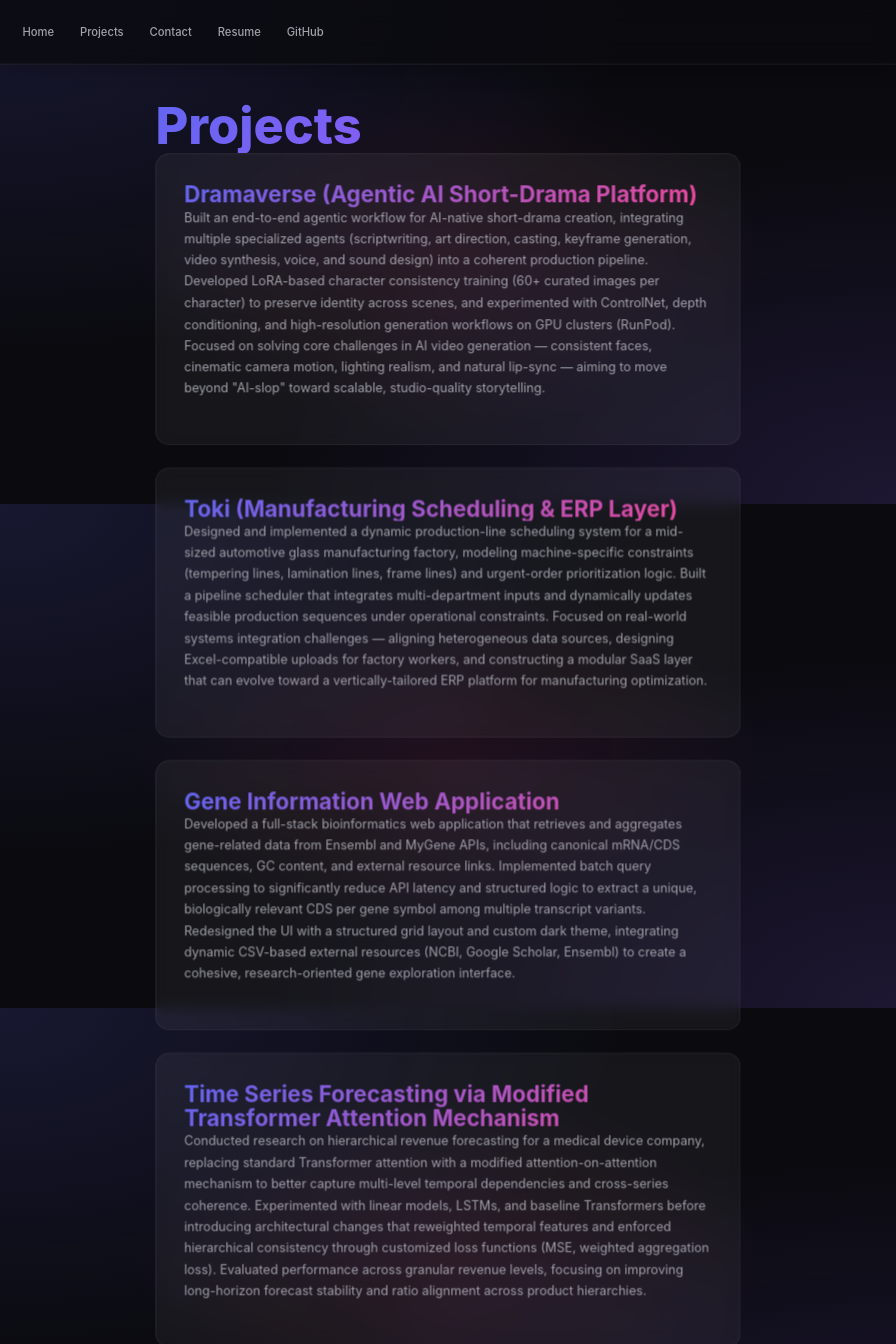
Repository: SummerZ27/personal-website
Page: projects/index.html
The author's editor kept a copy of each file at every save. The page is drawn from the files as they stood at one save, then again after the next save.
The browser window is 1280 px wide. The pictures show the part of the page from y = 0 to 1920 px (the page is 1989 px tall before and 2891 px after), at 70% of full size.
Backgrounds fixed to the window are drawn as part of the page.

Above is the page before, as saved 2026-02-13 13:34:01.

### projects/index.html
<!DOCTYPE html>
<html lang="en">
<head>
    <meta charset="UTF-8">
    <meta name="viewport" content="width=device-width, initial-scale=1.0">
    <title>Projects - Summer Zhou</title>
    <link rel="stylesheet" href="../style.css">
</head>
<body>
    <nav>
        <a href="../index.html">Home</a>
        <a href="index.html">Projects</a>
        <a href="../contact/index.html">Contact</a>
        <a href="../files/resume.pdf" target="_blank">Resume</a>
        <a href="https://github.com/SummerZ27" target="_blank">GitHub</a>
    </nav>

    <main>
        <h1>Projects</h1>

        <section>
        <h2>Dramaverse (Agentic AI Short-Drama Platform)</h2>
        <p>Built an end-to-end agentic workflow for AI-native short-drama creation, integrating multiple specialized agents (scriptwriting, art direction, casting, keyframe generation, video synthesis, voice, and sound design) into a coherent production pipeline. Developed LoRA-based character consistency training (60+ curated images per character) to preserve identity across scenes, and experimented with ControlNet, depth conditioning, and high-resolution generation workflows on GPU clusters (RunPod). Focused on solving core challenges in AI video generation — consistent faces, cinematic camera motion, lighting realism, and natural lip-sync — aiming to move beyond "AI-slop" toward scalable, studio-quality storytelling.</p>
    </section>

    <section>
        <h2>Toki (Manufacturing Scheduling & ERP Layer)</h2>
        <p>Designed and implemented a dynamic production-line scheduling system for a mid-sized automotive glass manufacturing factory, modeling machine-specific constraints (tempering lines, lamination lines, frame lines) and urgent-order prioritization logic. Built a pipeline scheduler that integrates multi-department inputs and dynamically updates feasible production sequences under operational constraints. Focused on real-world systems integration challenges — aligning heterogeneous data sources, designing Excel-compatible uploads for factory workers, and constructing a modular SaaS layer that can evolve toward a vertically-tailored ERP platform for manufacturing optimization.</p>
    </section>

    <section>
        <h2>Gene Information Web Application</h2>
        <p>Developed a full-stack bioinformatics web application that retrieves and aggregates gene-related data from Ensembl and MyGene APIs, including canonical mRNA/CDS sequences, GC content, and external resource links. Implemented batch query processing to significantly reduce API latency and structured logic to extract a unique, biologically relevant CDS per gene symbol among multiple transcript variants. Redesigned the UI with a structured grid layout and custom dark theme, integrating dynamic CSV-based external resources (NCBI, Google Scholar, Ensembl) to create a cohesive, research-oriented gene exploration interface.</p>
    </section>

    <section>
        <h2>Time Series Forecasting via Modified Transformer Attention Mechanism</h2>
        <p>Conducted research on hierarchical revenue forecasting for a medical device company, replacing standard Transformer attention with a modified attention-on-attention mechanism to better capture multi-level temporal dependencies and cross-series coherence. Experimented with linear models, LSTMs, and baseline Transformers before introducing architectural changes that reweighted temporal features and enforced hierarchical consistency through customized loss functions (MSE, weighted aggregation loss). Evaluated performance across granular revenue levels, focusing on improving long-horizon forecast stability and ratio alignment across product hierarchies.</p>
    </section>
    </main>
</body>
</html>

### style.css
/* Modern CSS Reset & Base Styles */
* {
    margin: 0;
    padding: 0;
    box-sizing: border-box;
}

:root {
    --primary-color: #6366f1;
    --secondary-color: #8b5cf6;
    --accent-color: #ec4899;
    --bg-dark: #0a0a0f;
    --bg-card: rgba(255, 255, 255, 0.05);
    --text-primary: #ffffff;
    --text-secondary: #a1a1aa;
    --border-color: rgba(255, 255, 255, 0.1);
    --shadow-glow: 0 0 20px rgba(99, 102, 241, 0.3);
}

body {
    font-family: -apple-system, BlinkMacSystemFont, 'Segoe UI', 'Roboto', 'Oxygen', 'Ubuntu', 'Cantarell', sans-serif;
    font-size: 18px;
    line-height: 1.7;
    color: var(--text-primary);
    background: var(--bg-dark);
    background-image:
        radial-gradient(at 0% 0%, rgba(99, 102, 241, 0.15) 0px, transparent 50%),
        radial-gradient(at 100% 100%, rgba(139, 92, 246, 0.15) 0px, transparent 50%),
        radial-gradient(at 50% 50%, rgba(236, 72, 153, 0.1) 0px, transparent 50%);
    background-attachment: fixed;
    min-height: 100vh;
    padding: 0;
    margin: 0;
    overflow-x: hidden;
    scroll-behavior: smooth;
}

/* Animated background particles effect */
body::before {
    content: '';
    position: fixed;
    top: 0;
    left: 0;
    width: 100%;
    height: 100%;
    background-image:
        radial-gradient(2px 2px at 20% 30%, rgba(99, 102, 241, 0.3), transparent),
        radial-gradient(2px 2px at 60% 70%, rgba(139, 92, 246, 0.3), transparent),
        radial-gradient(1px 1px at 50% 50%, rgba(236, 72, 153, 0.3), transparent),
        radial-gradient(1px 1px at 80% 10%, rgba(99, 102, 241, 0.2), transparent),
        radial-gradient(2px 2px at 90% 80%, rgba(139, 92, 246, 0.2), transparent);
    background-size: 200% 200%;
    animation: particleMove 20s ease-in-out infinite;
    pointer-events: none;
    z-index: 0;
    opacity: 0.6;
}

@keyframes particleMove {
    0%, 100% { background-position: 0% 0%, 100% 100%, 50% 50%, 80% 10%, 90% 80%; }
    50% { background-position: 100% 0%, 0% 100%, 50% 50%, 20% 90%, 10% 20%; }
}

/* Main content wrapper */
body > * {
    position: relative;
    z-index: 1;
}

/* Navigation Styles */
nav {
    background: rgba(10, 10, 15, 0.8);
    backdrop-filter: blur(20px);
    border-bottom: 1px solid var(--border-color);
    padding: 1.5rem 2rem;
    margin-bottom: 0;
    position: sticky;
    top: 0;
    z-index: 100;
    box-shadow: 0 4px 30px rgba(0, 0, 0, 0.3);
    max-width: 100%;
}

nav a {
    display: inline-block;
    margin-right: 2rem;
    text-decoration: none;
    color: var(--text-secondary);
    font-weight: 500;
    font-size: 1rem;
    position: relative;
    transition: all 0.3s ease;
    padding: 0.5rem 0;
}

nav a::after {
    content: '';
    position: absolute;
    bottom: 0;
    left: 0;
    width: 0;
    height: 2px;
    background: linear-gradient(90deg, var(--primary-color), var(--accent-color));
    transition: all 0.3s ease;
}

/* Current page styling */
nav a.current {
    color: var(--primary-color);
    font-weight: 600;
}

nav a.current::after {
    width: 100%;
    height: 4px;
    background: linear-gradient(90deg, var(--primary-color), var(--accent-color));
    box-shadow: 0 0 10px rgba(99, 102, 241, 0.5);
}

/* Hover effects for non-current links */
nav a:not(.current):hover {
    color: var(--text-primary);
    transform: translateY(-2px);
}

nav a:not(.current):hover::after {
    width: 100%;
    height: 3px;
    box-shadow: 0 0 8px rgba(99, 102, 241, 0.4);
}

/* Hover effect for current page (subtle) */
nav a.current:hover {
    color: var(--accent-color);
    transform: translateY(-1px);
}

nav a.current:hover::after {
    height: 4px;
    box-shadow: 0 0 15px rgba(236, 72, 153, 0.6);
}

/* Container */
main {
    max-width: 900px;
    margin: 0 auto;
    padding: 3rem 2rem 2rem 2rem;
}

/* Header Section */
.header-section {
    display: flex;
    align-items: center;
    justify-content: space-between;
    gap: 2rem;
    margin-bottom: 2rem;
    flex-wrap: wrap;
}

/* Typography */
h1, h2, h3, h4, h5, h6 {
    line-height: 1.1;
    text-wrap: balance;
}

h1 {
    font-size: 400%;
    font-weight: 800;
    background: linear-gradient(135deg, var(--primary-color), var(--secondary-color), var(--accent-color));
    -webkit-background-clip: text;
    -webkit-text-fill-color: transparent;
    background-clip: text;
    margin-bottom: 0;
    animation: fadeInUp 0.8s ease;
    flex: 1;
    min-width: 300px;
}

h2 {
    font-size: 2rem;
    font-weight: 700;
    color: var(--text-primary);
    margin-bottom: 1rem;
    background: linear-gradient(135deg, var(--primary-color), var(--accent-color));
    -webkit-background-clip: text;
    -webkit-text-fill-color: transparent;
    background-clip: text;
}

h3 {
    font-size: 1.5rem;
    font-weight: 600;
    color: var(--text-primary);
    margin-bottom: 0.75rem;
}

p {
    color: var(--text-secondary);
    margin-bottom: 1.5rem;
    animation: fadeIn 1s ease;
}

/* Image Styles */
img {
    max-width: 100%;
    width: 100%;
    height: auto;
    border-radius: 20px;
    box-shadow: var(--shadow-glow);
    margin: 0;
    transition: all 0.4s ease;
    border: 2px solid var(--border-color);
    animation: fadeInScale 1s ease;
    flex-shrink: 0;
}

.header-section img {
    max-width: 350px;
}

img:hover {
    transform: scale(1.05) rotate(2deg);
    box-shadow: 0 0 40px rgba(99, 102, 241, 0.5);
}

/* Section Styles */
section {
    background: var(--bg-card);
    backdrop-filter: blur(10px);
    border: 1px solid var(--border-color);
    border-radius: 20px;
    padding: 2.5rem;
    margin-bottom: 2rem;
    transition: all 0.4s ease;
    position: relative;
    overflow: hidden;
    animation: fadeInUp 0.6s ease;
}

section::before {
    content: '';
    position: absolute;
    top: 0;
    left: -100%;
    width: 100%;
    height: 100%;
    background: linear-gradient(90deg, transparent, rgba(99, 102, 241, 0.1), transparent);
    transition: left 0.5s ease;
}

section:hover {
    transform: translateY(-5px);
    border-color: var(--primary-color);
    box-shadow: 0 10px 40px rgba(99, 102, 241, 0.2);
}

section:hover::before {
    left: 100%;
}

section h2 {
    margin-top: 0;
    margin-bottom: 0;
}

/* Projects Grid Layout */
.projects {
    display: grid;
    grid-template-columns: repeat(auto-fill, minmax(15em, 1fr));
    gap: 2rem;
}

.projects section {
    display: grid;
    grid-template-rows: subgrid;
    grid-row: span 3;
    margin-bottom: 0;
}

/* Article Styles */
article {
    margin-bottom: 2rem;
    padding: 1.5rem;
    background: rgba(255, 255, 255, 0.02);
    border-radius: 15px;
    border-left: 3px solid var(--primary-color);
    transition: all 0.3s ease;
}

article:hover {
    background: rgba(255, 255, 255, 0.05);
    transform: translateX(5px);
}

/* List Styles */
ul {
    list-style: none;
    padding-left: 0;
}

ul li {
    padding: 0.75rem 0;
    padding-left: 1.5rem;
    position: relative;
    color: var(--text-secondary);
}

ul li::before {
    content: '▹';
    position: absolute;
    left: 0;
    color: var(--primary-color);
    font-weight: bold;
}

/* Form Styles */
form {
    display: grid;
    grid-template-columns: auto 1fr;
    gap: 1em;
    background: var(--bg-card);
    backdrop-filter: blur(10px);
    border: 1px solid var(--border-color);
    border-radius: 20px;
    padding: 2.5rem;
    margin-top: 2rem;
    animation: fadeInUp 0.6s ease;
}

label {
    display: grid;
    grid-template-columns: subgrid;
    grid-column: 1 / -1;
    color: var(--text-primary);
    font-weight: 500;
    font-size: 1rem;
    align-items: center;
}

input[type="email"],
input[type="text"],
textarea {
    width: 100%;
    padding: 1rem;
    background: rgba(255, 255, 255, 0.05);
    border: 2px solid var(--border-color);
    border-radius: 10px;
    color: var(--text-primary);
    font-size: 1rem;
    font-family: inherit;
    transition: all 0.3s ease;
}

input[type="email"]:focus,
input[type="text"]:focus,
textarea:focus {
    outline: none;
    border-color: var(--primary-color);
    background: rgba(255, 255, 255, 0.08);
    box-shadow: 0 0 20px rgba(99, 102, 241, 0.3);
    transform: translateY(-2px);
}

textarea {
    min-height: 150px;
    resize: vertical;
}

button {
    grid-column: 1 / -1;
    background: linear-gradient(135deg, var(--primary-color), var(--secondary-color));
    color: white;
    border: none;
    padding: 1rem 2.5rem;
    font-size: 1.1rem;
    font-weight: 600;
    border-radius: 10px;
    cursor: pointer;
    transition: all 0.3s ease;
    box-shadow: 0 4px 15px rgba(99, 102, 241, 0.4);
    text-transform: uppercase;
    letter-spacing: 1px;
    justify-self: start;
}

button:hover {
    transform: translateY(-3px);
    box-shadow: 0 6px 25px rgba(99, 102, 241, 0.6);
    background: linear-gradient(135deg, var(--secondary-color), var(--accent-color));
}

button:active {
    transform: translateY(-1px);
}

/* Time element */
time {
    color: var(--accent-color);
    font-weight: 500;
    font-style: normal;
}

/* Animations */
@keyframes fadeIn {
    from {
        opacity: 0;
    }
    to {
        opacity: 1;
    }
}

@keyframes fadeInUp {
    from {
        opacity: 0;
        transform: translateY(30px);
    }
    to {
        opacity: 1;
        transform: translateY(0);
    }
}

@keyframes fadeInScale {
    from {
        opacity: 0;
        transform: scale(0.9);
    }
    to {
        opacity: 1;
        transform: scale(1);
    }
}

/* Stagger animations for sections */
section:nth-child(1) { animation-delay: 0.1s; }
section:nth-child(2) { animation-delay: 0.2s; }
section:nth-child(3) { animation-delay: 0.3s; }
section:nth-child(4) { animation-delay: 0.4s; }

/* Responsive Design */
@media (max-width: 768px) {
    body {
        padding: 1rem;
    }

    nav {
        padding: 1rem;
        text-align: center;
    }

    nav a {
        display: block;
        margin: 0.5rem 0;
        margin-right: 0;
    }

    .header-section {
        flex-direction: column;
        align-items: flex-start;
    }

    h1 {
        font-size: 2.5rem;
        margin-bottom: 1.5rem;
    }

    .header-section img {
        max-width: 300px;
        align-self: center;
    }

    h2 {
        font-size: 1.5rem;
    }

    section {
        padding: 1.5rem;
    }

    img {
        max-width: 100%;
    }
}

/* Scrollbar Styling */
::-webkit-scrollbar {
    width: 10px;
}

::-webkit-scrollbar-track {
    background: var(--bg-dark);
}

::-webkit-scrollbar-thumb {
    background: linear-gradient(180deg, var(--primary-color), var(--accent-color));
    border-radius: 5px;
}

::-webkit-scrollbar-thumb:hover {
    background: linear-gradient(180deg, var(--secondary-color), var(--primary-color));
}

After the next save:
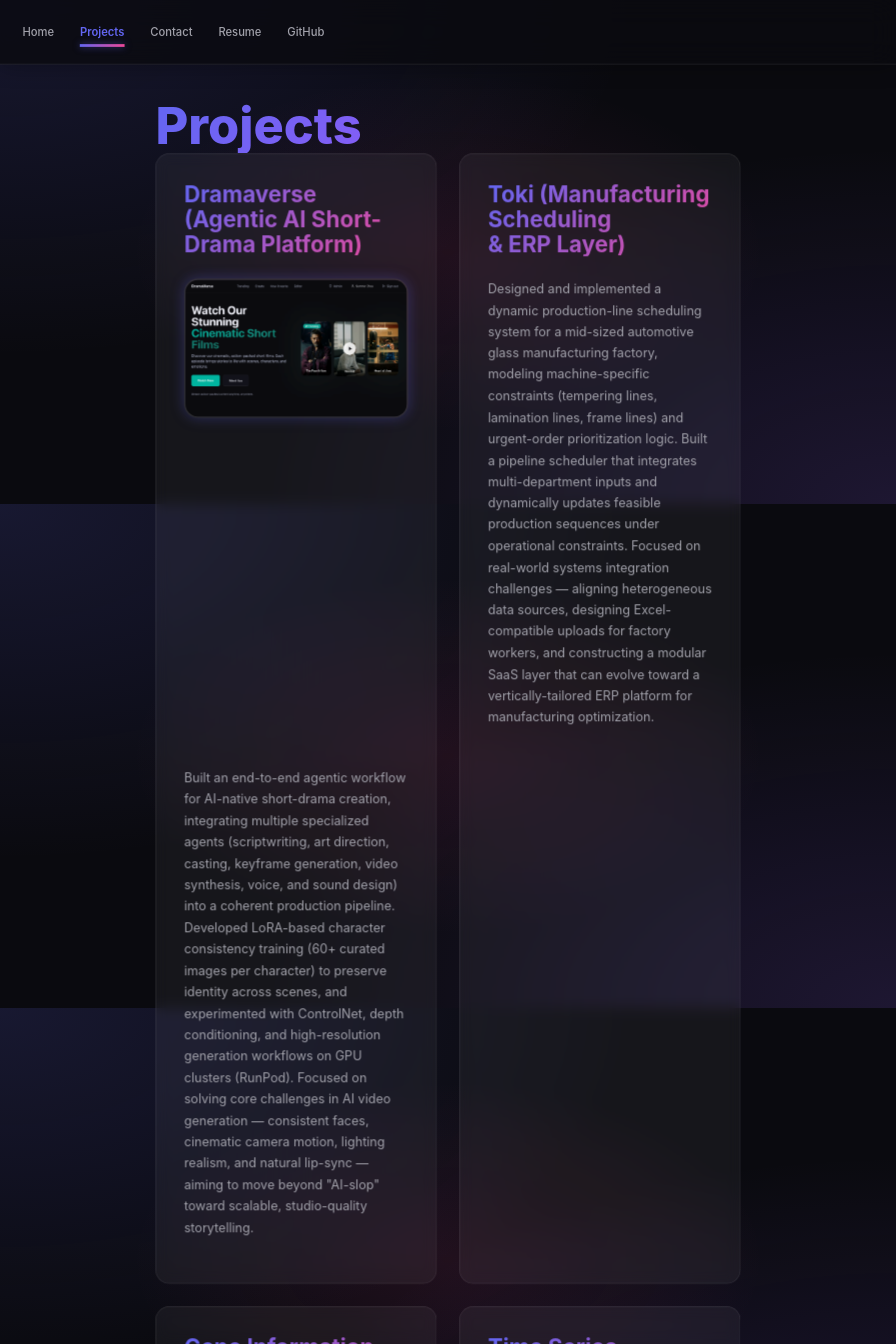
Saved 26 s later.
--- a/projects/index.html
+++ b/projects/index.html
@@ -9,7 +9,7 @@
 <body>
     <nav>
         <a href="../index.html">Home</a>
-        <a href="index.html">Projects</a>
+        <a href="index.html" class="current">Projects</a>
         <a href="../contact/index.html">Contact</a>
         <a href="../files/resume.pdf" target="_blank">Resume</a>
         <a href="https://github.com/SummerZ27" target="_blank">GitHub</a>
@@ -18,8 +18,10 @@
     <main>
         <h1>Projects</h1>
 
+        <div class="projects">
         <section>
         <h2>Dramaverse (Agentic AI Short-Drama Platform)</h2>
+        <img src="../images/dramaverse.png" alt="Dramaverse AI Short-Drama Platform interface">
         <p>Built an end-to-end agentic workflow for AI-native short-drama creation, integrating multiple specialized agents (scriptwriting, art direction, casting, keyframe generation, video synthesis, voice, and sound design) into a coherent production pipeline. Developed LoRA-based character consistency training (60+ curated images per character) to preserve identity across scenes, and experimented with ControlNet, depth conditioning, and high-resolution generation workflows on GPU clusters (RunPod). Focused on solving core challenges in AI video generation — consistent faces, cinematic camera motion, lighting realism, and natural lip-sync — aiming to move beyond "AI-slop" toward scalable, studio-quality storytelling.</p>
     </section>
 
@@ -37,6 +39,7 @@
         <h2>Time Series Forecasting via Modified Transformer Attention Mechanism</h2>
         <p>Conducted research on hierarchical revenue forecasting for a medical device company, replacing standard Transformer attention with a modified attention-on-attention mechanism to better capture multi-level temporal dependencies and cross-series coherence. Experimented with linear models, LSTMs, and baseline Transformers before introducing architectural changes that reweighted temporal features and enforced hierarchical consistency through customized loss functions (MSE, weighted aggregation loss). Evaluated performance across granular revenue levels, focusing on improving long-horizon forecast stability and ratio alignment across product hierarchies.</p>
     </section>
+        </div>
     </main>
 </body>
 </html>
